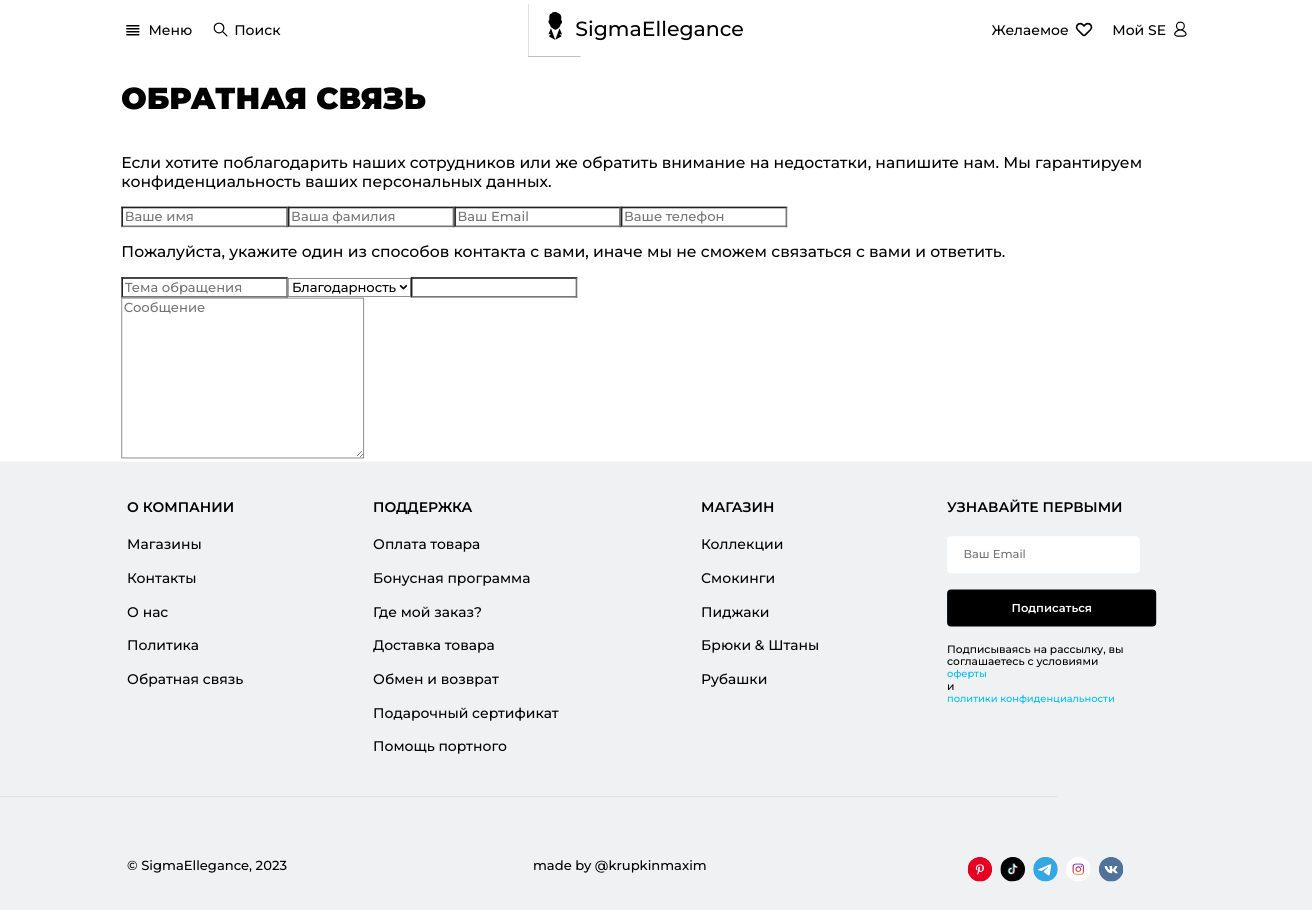
Repository: MaksimKrupkin/SigmaEllegance
Page: /feedback
An editor plug-in stored every save of this project. The page is shown before and after the next save, followed by the edit.
The browser window is 1280 px wide. The page is 1600 px wide, so the pictures cover 1600 px, including what lies to the right of the window. The pictures show the whole page, at 82% of full size.
Some web fonts or font styles are not loaded; a fallback is used. The project was rebuilt for these pictures with package versions that can differ from the ones it lists, and the page was loaded fresh each time. Also part of the build but not shown: src/Components/SideBar/SideBar.module.css, src/Components/SideBar/SideBar.jsx, src/Pages/HomePage.module.css, src/Components/SliderWrapper/SliderWrapper.module.css, src/Components/SliderCard/SliderCard.module.css, src/Components/SliderCard/SliderCard.jsx, src/Components/LeftArrow/LeftArrow.module.css, src/Components/LeftArrow/LeftArrow.jsx and 36 more.

Above is the page before, as saved 2023-12-20 18:35:01.

### public/index.html
<!DOCTYPE html>
<html lang="en">
  <head>
    <meta charset="utf-8" />

    <meta name="viewport" content="width=device-width, initial-scale=1" />
    <link rel="icon" type="image/png" href="./favicon.png" sizes="32x32" />
    <link rel="preconnect" href="https://fonts.googleapis.com" />
    <link rel="preconnect" href="https://fonts.gstatic.com" crossorigin />
    <link
      href="https://fonts.googleapis.com/css2?family=Roboto:wght@400;500;700&display=swap"
      rel="stylesheet" />
    <link
      href="https://fonts.googleapis.com/css2?family=Montserrat:ital,wght@0,300;0,500;0,600;0,900;1,400;1,500&family=Roboto:wght@400;500;700&display=swap"
      rel="stylesheet" />
    <link rel="preconnect" href="https://fonts.googleapis.com" />
    <link rel="preconnect" href="https://fonts.gstatic.com" crossorigin />
    <link
      href="https://fonts.googleapis.com/css2?family=Montserrat:wght@300&family=Roboto:wght@400;500;700&display=swap"
      rel="stylesheet" />
    <link href="https://fonts.cdnfonts.com/css/montserrat" rel="stylesheet" />
    <title>SigmaEllegance</title>
  </head>
  <body>
    <div id="root"></div>
  </body>
</html>

### src/index.js
import React from 'react';
import ReactDOM from 'react-dom/client';
import App from './App';
import { BrowserRouter } from 'react-router-dom';
import { Provider } from 'react-redux';
import { store } from './Redux/store';

const root = ReactDOM.createRoot(document.getElementById('root'));
root.render(
  <Provider store={store}>
    <React.StrictMode>
      <BrowserRouter>
        <App />
      </BrowserRouter>
    </React.StrictMode>
  </Provider>,
);

### src/App.js
import React, { useState, useEffect, useRef } from 'react';
import Header from './Components/Header/Header';
import HomePage from './Pages/HomePage';
import styles from './App.module.css';
import GoodsPage from './Pages/GoodsPage/GoodsPage';
import OpenGoodPage from './Pages/OpenGoodPage/OpenGoodPage';
import Footer from './Components/Footer/Footer';
import { BrowserRouter, Route, Routes, useParams } from 'react-router-dom';
import AboutUs from './Pages/AboutUs/AboutUs';
import SearchPage from './Pages/SearchPage/SearchPage';
import Contacts from './Pages/Contacts/Contacts';
import Payment from './Pages/Payment/Payment';
import Cart from './Pages/Cart/Cart';
import Modal from './Components/Modal/Modal';
import Feedback from './Pages/Feedback/Feedback';

function App() {
  const { category, id } = useParams();
  const [sidebarOpen, setSidebarOpen] = useState(false);

  const closeSidebar = () => {
    setSidebarOpen(false);
  };

  useEffect(() => {
    const handleOutsideClick = (event) => {};

    document.addEventListener('mousedown', handleOutsideClick);

    return () => {
      document.removeEventListener('mousedown', handleOutsideClick);
    };
  }, []);
  const [modalActive, setModalActive] = useState(false);
  return (
    <div className={styles.container}>
      <Header handleOpenModal={() => setModalActive(true)} />

      <Routes>
        <Route path="/" element={<HomePage />} />
        <Route path="/goodspage/" element={<GoodsPage />} />
        <Route path="/goodspage/:category" element={<GoodsPage />} />
        <Route path="/goodspage/:category/:id" element={<OpenGoodPage />} />
        <Route path="/opengoodspage" element={<OpenGoodPage />} />
        <Route path="/opengoodspage/:category/:id" element={<OpenGoodPage />} />
        <Route path="/aboutUsPage" element={<AboutUs />} />
        <Route path="/searchPage" element={<SearchPage />} />
        <Route path="/contacts" element={<Contacts />} />
        <Route path="/payment" element={<Payment />} />
        <Route path="/cart" element={<Cart />} />
        <Route path="/feedback" element={<Feedback />} />
      </Routes>
      <Modal active={modalActive} setActive={setModalActive} />
      <Footer />
    </div>
  );
}

export default App;

### src/Redux/store.js
import { configureStore } from '@reduxjs/toolkit';
import cart from './slices/cartSlice';

export const store = configureStore({
  reducer: {
    cart,
  },
});

### src/Components/Header/Header.jsx
import React from 'react';
import { useState } from 'react';
import { Link } from 'react-router-dom';
import styles from './Header.module.css';
import logo from '../../assets/img/logo.svg';
import icon1 from '../../assets/img/Icon1.svg';
import icon2 from '../../assets/img/icon2.svg';
import icon3 from '../../assets/img/icon3.svg';
import icon4 from '../../assets/img/icon4.svg';
import SideBar from '../SideBar/SideBar';
import Modal from '../Modal/Modal';
function Header({ handleOpenModal }) {
  const [toggleMenu, setToggleMenu] = useState(false);
  const HandleToggle = () => {
    setToggleMenu(!toggleMenu);
  };
  console.log(toggleMenu);

  return (
    <header className={styles.header}>
      <div className={styles.left_part}>
        <div onClick={HandleToggle} className={styles.menu}>
          <img className={styles.icon1} src={icon1} alt="" />
          <p>Меню</p>
        </div>
        {toggleMenu && <SideBar HandleToggle={HandleToggle} />}

        <Link to="/searchPage" className={styles.search}>
          <img className={styles.icon2} src={icon2} alt="" />
          <p>Поиск</p>
        </Link>
      </div>
      <Link to="/" className={styles.logo_part}>
        <img className={styles.logo} src={logo} alt="" />
        <p>SigmaEllegance</p>
      </Link>
      <div className={styles.right_part}>
        <Link to="/cart" className={styles.liked}>
          <p>Желаемое</p>
          <img className={styles.icon3} src={icon3} alt="" />
        </Link>
        <div onClick={handleOpenModal} className={styles.purchases}>
          <p>Мой SE</p>
          <img className={styles.icon4} src={icon4} alt="" />
        </div>
      </div>
    </header>
  );
}

export default Header;

### src/App.module.css
body {
  font-family: 'Montserrat', sans-serif;
  display: block;
  margin: 0 auto;
  padding: 0;
  width: 100%;
  position: relative;
  overflow-x: hidden;
}
.container {
  width: 1600px;
  display: block;
  margin: 0 auto;
}

*,
*::before,
*::after {
  box-sizing: border-box;
}

/* Links */

a,
a:link,
a:visited {
  text-decoration: none;
}

a:hover {
  text-decoration: none;
}

/* Common */

aside,
nav,
header,
section,
main {
  display: block;
}

h1,
h2,
h3,
h4,
h5,
h6,
p {
  font-size: inherit;
  font-weight: inherit;
}

ul,
ul li {
  list-style: none;
}

img {
  vertical-align: top;
}

img,
svg {
  max-width: 100%;
  height: auto;
}

address {
  font-style: normal;
}

/* Form */

input,
textarea,
button,
select {
  font-family: inherit;
  font-size: inherit;
  color: inherit;
  background-color: transparent;
}

input::-ms-clear {
  display: none;
}

button,
input[type='submit'] {
  display: inline-block;
  box-shadow: none;
  background-color: transparent;
  background: none;
  cursor: pointer;
}

input:focus,
input:active,
button:focus,
button:active {
  outline: none;
}

button::-moz-focus-inner {
  padding: 0;
  border: 0;
}

label {
  cursor: pointer;
}

legend {
  display: block;
}

### src/Components/Footer/Footer.jsx
import React from 'react';
import icon1 from '../../assets/img/pint.svg';
import icon2 from '../../assets/img/TT.svg';
import icon3 from '../../assets/img/TG.svg';
import icon4 from '../../assets/img/IG.svg';
import icon5 from '../../assets/img/VK.svg';
import styles from './Footer.module.css';
import { Link } from 'react-router-dom';

export default function Footer() {
  return (
    <footer className={styles.footer}>
      <div className={styles.column_1}>
        <div className={styles.column_title}>О компании</div>
        <Link className={styles.column_item}> Магазины</Link>
        <Link className={styles.column_item}>Контакты</Link>
        <Link className={styles.column_item}>О нас</Link>
        <Link className={styles.column_item}>Политика</Link>
        <Link to="./feedback" className={styles.column_item}>
          Обратная связь
        </Link>
      </div>
      <div className={styles.column_2}>
        <div className={styles.column_title}>Поддержка</div>
        <Link className={styles.column_item}> Оплата товара</Link>
        <Link className={styles.column_item}>Бонусная программа</Link>
        <Link className={styles.column_item}>Где мой заказ?</Link>
        <Link className={styles.column_item}>Доставка товара</Link>
        <Link className={styles.column_item}>Обмен и возврат</Link>
        <Link className={styles.column_item}>Подарочный сертификат</Link>
        <Link className={styles.column_item}>Помощь портного</Link>
      </div>
      <div className={styles.column_3}>
        <div className={styles.column_title}>Магазин</div>
        <Link className={styles.column_item}> Коллекции</Link>
        <Link className={styles.column_item}>Смокинги</Link>
        <Link className={styles.column_item}>Пиджаки</Link>
        <Link className={styles.column_item}>Брюки & Штаны</Link>
        <Link className={styles.column_item}>Рубашки</Link>
      </div>
      <div className={styles.footer_form}>
        <div className={styles.footer_form_title}>Узнавайте первыми</div>
        <form action={styles.text}>
          <input className={styles.footer_form_email} type="text" placeholder="Ваш Email" />
        </form>
        <div className={styles.footer_button}>
          <div className={styles.footer_link}>Подписаться</div>
        </div>
        <div className={styles.policy}>
          Подписываясь на рассылку, вы соглашаетесь с условиями{' '}
          <Link href="" className={styles.policy_link}>
            оферты
          </Link>{' '}
          и <a className={styles.policy_link}>политики конфиденциальности</a>{' '}
        </div>
      </div>
      <div className={styles.footer_border}>
        <img src="/img/Border.svg" alt="" />
      </div>
      <div className={styles.sigma_corp}>© SigmaEllegance, 2023</div>
      <div className={styles.made_by}>made by @krupkinmaxim</div>
      <div className={styles.social_networks}>
        <img className={styles.pintrest} src={icon1} alt="" />
        <img className={styles.tik_tok} src={icon2} alt="" />
        <img className={styles.telegram} src={icon3} alt="" />
        <img className={styles.instagram} src={icon4} alt="" />
        <img className={styles.vk} src={icon5} alt="" />
      </div>
    </footer>
  );
}

### src/Components/Modal/Modal.jsx
import React from 'react';
import styles from './Modal.module.css';

export default function Modal({ active, setActive }) {
  return (
    <div
      className={active ? `${styles.modal} ${styles.active}` : styles.modal}
      onClick={() => setActive(false)}>
      <div className={styles.modal_content} onClick={(e) => e.stopPropagation()}>
        <div className={styles.title}>Регистрация</div>
        <form className={styles.input_form} action="">
          <input className={styles.input} type="text" placeholder="Вашe имя" />
          <input className={styles.input} type="telephone" placeholder="Ваш телефон" />
          <input className={styles.input} type="email" placeholder="Ваш Email" />
          <button className={styles.input_btn} onClick={() => setActive(false)}>
            Отправить
          </button>
        </form>
      </div>
    </div>
  );
}

### src/Pages/Feedback/Feedback.jsx
import React from 'react';
import styles from './Feedback.module.css';

export default function Feedback() {
  return (
    <div className={styles.container_wrapper}>
      <div className={styles.container}>
        <h1 className={styles.title}>Обратная связь</h1>
        <p className={styles.paragraph}>
          Если хотите поблагодарить наших сотрудников или же обратить внимание на недостатки,
          напишите нам. Мы гарантируем конфиденциальность ваших персональных данных.
        </p>
        <div className={styles.inputs_wrapper}>
          <input placeholder="Ваше имя" className={styles.input} type="text" />
          <input placeholder="Ваша фамилия" className={styles.input} type="text" />
          <input placeholder="Ваш Email" className={styles.input} type="text" />
          <input placeholder="Ваше телефон" className={styles.input} type="text" />
        </div>
        <p className={styles.paragraph}>
          Пожалуйста, укажите один из способов контакта с вами, иначе мы не сможем связаться с вами
          и ответить.
        </p>
        <div className={styles.input_wrapper2}>
          <input className={styles.input} placeholder="Тема обращения" type="text" />
          <select name="select">
            <option value="value1" selected>
              Благодарность
            </option>
            <option value="value2">Жалоба</option>
            <option value="value3">Вопрос</option>
          </select>
          <input type="text" />
        </div>
        <textarea placeholder="Сообщение" name="" id="" cols="30" rows="10"></textarea>
      </div>
    </div>
  );
}

### src/Redux/slices/cartSlice.js
import { createSlice } from '@reduxjs/toolkit';

const initialState = {
  totalPrice: 0,
  items: [],
};

const cartSlice = createSlice({
  name: 'cart',
  initialState,
  reducers: {
    addItem(state, action) {
      const findItem = state.items.find((obj) => obj.image1 === action.payload.image1);
      if (findItem) {
        findItem.count++;
      } else {
        state.items.push({
          ...action.payload,
          count: 1,
        });
      }
      state.totalPrice = state.items.reduce((sum, obj) => {
        return obj.price * obj.count + sum;
      }, 0);
    },
    minusItem(state, action) {
      const findItem = state.items.find((obj) => obj.image1 === action.payload.image1);
      if (findItem) {
        findItem.count--;
      }
      state.totalPrice = state.items.reduce((sum, obj) => {
        return obj.price * obj.count + sum;
      }, 0);
    },
    removeItem(state, action) {
      state.items = state.items.filter((obj) => obj.image1 !== action.payload);
      state.totalPrice = state.items.reduce((sum, obj) => {
        return obj.price * obj.count + sum;
      }, 0);
    },
  },
});

export const { addItem, minusItem, removeItem } = cartSlice.actions;

export default cartSlice.reducer;

### src/Components/Header/Header.module.css
.header {
  font-family: 'Montserrat', sans-serif;
  margin: 0 auto;
  width: 100%;
  height: 10vh;
  display: flex;
  justify-content: space-around;
  align-items: center;
}

.left_part {
  display: flex;
  justify-content: space-between;
  align-items: center;
  gap: 25px;
  color: #000;
  margin-bottom: -2px;

  font-family: Montserrat;
  font-size: 17px;
  font-style: normal;
  font-weight: 500;
  line-height: normal;
}
.menu {
  display: flex;
  justify-content: space-between;
  align-items: center;
  gap: 8px;
  cursor: pointer;
}
.menu:hover {
  color: rgb(80, 77, 77);
}
.icon1 {
  width: 22px;
  height: 22px;
  margin-bottom: 1px;
}
.search {
  display: flex;
  justify-content: space-between;
  align-items: center;
  gap: 8px;
  cursor: pointer;
  color: black;
}

.search:hover {
  color: rgb(80, 77, 77);
}
.icon2 {
  width: 18px;
  height: 18px;
  margin-bottom: 3px;
}

.logo_part {
  margin-bottom: 3px;
  display: flex;
  justify-content: space-between;
  align-items: center;

  color: #000;

  font-family: Montserrat;
  font-size: 25px;
  font-style: normal;
  font-weight: 400;
  line-height: normal;
  cursor: pointer;
}

.logo {
  width: 67.375px;
  height: 69.103px;
  flex-shrink: 0;
  margin-right: -10px;
}
.right_part {
  margin-bottom: -2px;
  display: flex;
  justify-content: space-between;
  align-items: center;
  gap: 23px;
  font-family: Montserrat;
  font-size: 17px;
  font-style: normal;
  font-weight: 500;
  line-height: normal;
}

.liked {
  color: black;
  display: flex;
  justify-content: space-between;
  align-items: center;
  gap: 8px;
  cursor: pointer;
}
.liked:hover {
  color: rgb(80, 77, 77);
}
.icon3 {
  width: 22px;
  height: 22px;
  margin-bottom: 3px;
}

.purchases {
  color: black;
  display: flex;
  justify-content: space-between;
  align-items: center;
  gap: 8px;
  cursor: pointer;
}
.purchases:hover {
  color: rgb(80, 77, 77);
}

.icon4 {
  width: 19px;
  height: 19px;
  margin-bottom: 3px;
}

### src/Components/Footer/Footer.module.css
.footer {
  background-color: #eff1f3;
  width: 1600px;
  height: 547px;
  position: absolute;
  overflow-y: hidden;
  margin-top: 0px;
}
a {
  display: block;
}

.column_1 {
  position: absolute;
  top: 45px;
  left: 155px;
}

.column_2 {
  position: absolute;
  top: 45px;
  left: 455px;
}

.column_3 {
  position: absolute;
  top: 45px;
  left: 855px;
}
.column_title {
  font-style: normal;
  font-weight: 600;
  font-size: 17px;
  line-height: 21px;
  text-transform: uppercase;
  color: #000000;
  margin-bottom: 25px;
}

.column_item {
  font-family: 'Montserrat';
  font-style: normal;
  font-weight: 400;
  font-size: 17px;
  line-height: 21px;
  color: #000000;
  margin-bottom: 20px;
  cursor: pointer;
}

.footer_form {
  position: absolute;
  top: 45px;
  left: 1155px;
}

.footer_form_title {
  font-style: normal;
  font-weight: 600;
  font-size: 17px;
  line-height: 21px;
  text-transform: uppercase;
  color: #000000;
  margin-bottom: 25px;
}
.footer {
  opacity: 1;
}
.footer_form_email {
  width: 235px;
  height: 45px;
  background-color: white;
  border: none;
  border-radius: 5px;
  font-style: normal;
  font-weight: 400;
  font-size: 14px;
  line-height: 17px;
  padding-left: 20px;
  color: rgba(0, 0, 0, 0.4);
}
.footer_form_email:focus {
  border: 2px solid black;
}

.footer_button {
  margin-top: 20px;
  margin-bottom: 20px;
  width: 255px;
  background-color: #000000;
  border-radius: 5px;
  text-align: center;
  font-style: normal;
  font-weight: 600;
  font-size: 14px;
  line-height: 45px;
  color: #ffffff;
  cursor: pointer;
}
.footer_link {
  color: #ffffff;
}

.policy {
  width: 254px;
  font-style: normal;
  font-weight: 400;
  font-size: 13px;
  line-height: 15px;
  color: #000000;
}
.policy_link {
  font-style: normal;
  font-weight: 400;
  font-size: 12px;
  line-height: 15px;
  color: #00bfed;
}

.footer_border {
  position: absolute;
  bottom: 120px;
}

.sigma_corp {
  position: absolute;
  left: 155px;
  bottom: 45px;

  font-weight: 500;
}

.made_by {
  position: absolute;
  left: 650px;
  bottom: 45px;
  font-weight: 500;
}

.social_networks {
  position: absolute;
  left: 1180px;
  bottom: 35px;
}
.pintrest {
  width: 30px;
  height: 30px;
  margin-right: 10px;
  transition: all 0.1s ease-in;
  cursor: pointer;
}
.pintrest:hover {
  width: 35px;
  height: 35px;
  transform: translateY(-3px);
}
.tik_tok {
  width: 30px;
  height: 30px;
  margin-right: 10px;
  transition: all 0.1s ease-in;
  cursor: pointer;
}
.tik_tok:hover {
  width: 35px;
  height: 35px;
  transform: translateY(-3px);
}
.telegram {
  width: 30px;
  height: 30px;
  margin-right: 10px;
  transition: all 0.1s ease-in;
  cursor: pointer;
}
.telegram:hover {
  width: 35px;
  height: 35px;
  transform: translateY(-3px);
}
.instagram {
  width: 30px;
  height: 30px;
  margin-right: 10px;
  transition: all 0.1s ease-in;
  cursor: pointer;
}
.instagram:hover {
  width: 35px;
  height: 35px;
  transform: translateY(-3px);
}
.vk {
  width: 30px;
  height: 30px;
  margin-right: 10px;
  transition: all 0.1s ease-in;
  cursor: pointer;
}
.vk:hover {
  width: 35px;
  height: 35px;
  transform: translateY(-3px);
}

### src/Components/Modal/Modal.module.css
.modal {
  width: 100vw;
  height: 100vh;
  background-color: rgba(0, 0, 0, 0.3);
  position: fixed;
  top: 0;
  left: 0;
  display: flex;
  align-items: center;
  justify-content: center;
  transform: scale(0);
}
.modal.active {
  transform: scale(1);
}
.modal_content {
  padding: 20px;
  border-radius: 10px;
  width: 496px;
  height: 490px;
  background-color: white;
  display: flex;
  flex-direction: column;
  align-items: center;
  justify-content: space-around;

  margin: 0;
}
.title {
  margin-top: -50px;
  margin-bottom: -100px;
  font-size: 30px;
  font-weight: 500;
  text-transform: uppercase;
}
.input_form {
  margin: 0;
  display: flex;
  flex-direction: column;
  align-items: center;
  justify-content: space-between;
  gap: 30px;
}
.input {
  width: 300px;
  height: 38px;
  border-radius: 5px;

  border: 2px solid rgb(42, 37, 37);
  padding: 10px;
}

.input_btn {
  margin-bottom: -30px;
  width: 180px;
  height: 50px;
  font-weight: 500;
  font-size: 22px;
  border: 2px solid rgb(42, 37, 37);
  display: flex;
  justify-content: center;
  align-items: center;
  border-radius: 5px;
  transition: all 0.15s ease-out;
  background-color: white;
  color: black;
  position: relative;
  overflow: hidden;
  cursor: pointer;
}
.input_btn:hover {
  background-color: black;
  color: white;
}

### src/Pages/Feedback/Feedback.module.css
.container_wrapper {
  width: 1586px;

  display: flex;
  flex-direction: column;
  justify-content: center;
  align-items: center;
}
.container {
  width: 1290px;
}
.title {
  color: #000;
  font-family: Montserrat;
  font-size: 37px;
  font-style: normal;
  font-weight: 700;
  line-height: normal;
  text-transform: uppercase;
  margin-bottom: 45px;
}
.paragraph {
  color: #000;

  font-family: Montserrat;
  font-size: 19px;
  font-style: normal;
  font-weight: 400;
  line-height: normal;
}

### src/Pages/Cart/EmptyCart/EmptyCart.module.css
.emptycart {
  width: 100%;
  height: 90vh;
  display: flex;
  flex-direction: column;
  justify-content: center;
  align-items: center;
}
h1 {
  font-size: 40px;
  font-weight: 500;
}

After the next save:
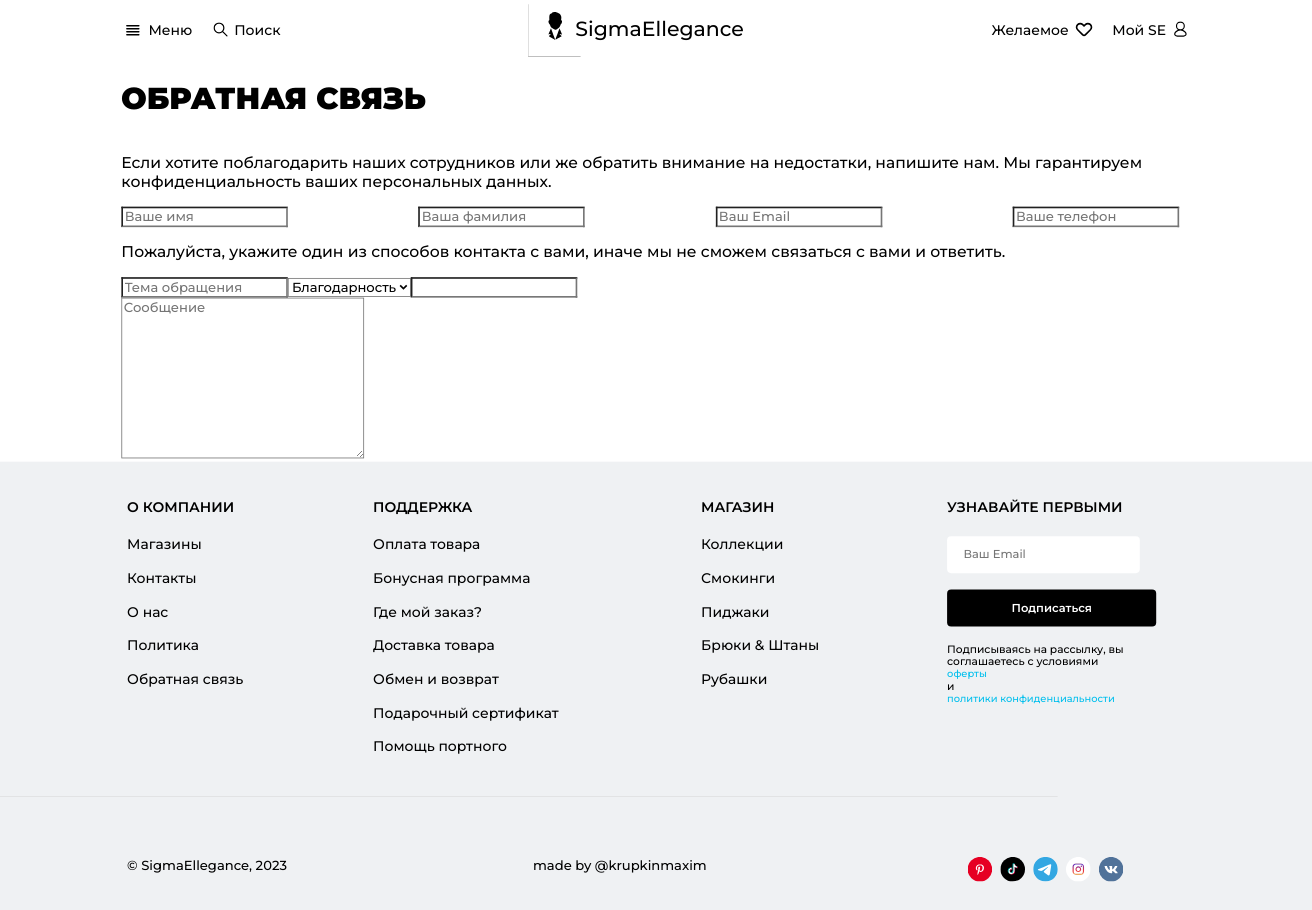
Saved 2 min 52 s later.
--- a/src/Pages/Feedback/Feedback.module.css
+++ b/src/Pages/Feedback/Feedback.module.css
@@ -28,3 +28,10 @@
   font-weight: 400;
   line-height: normal;
 }
+.inputs_wrapper {
+  width: 100%;
+  display: flex;
+  justify-content: space-between;
+  align-items: center;
+  flex-wrap: wrap;
+}
